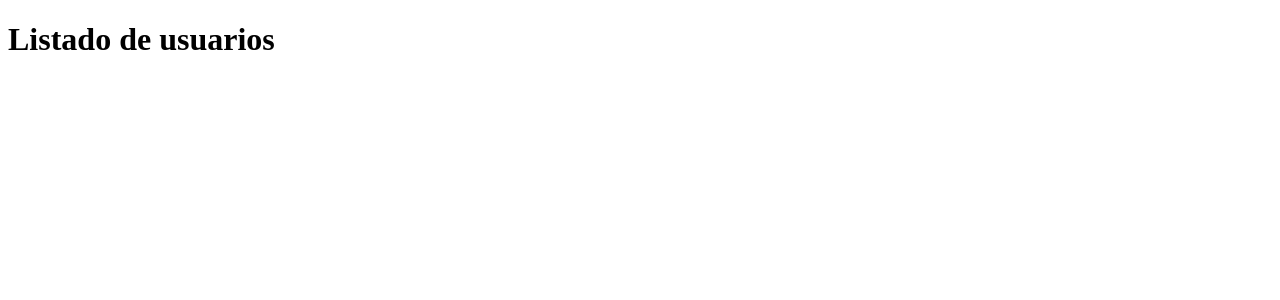
Repository: gitmadacode/practica_javascript
Page: Inicio/externo.html
These files come from the project's save history. The page is drawn as it stood at one moment and after a run of saves; the edit follows.
The browser window is 1280 px wide. The pictures show the whole page.
The page's requests for data from a server got no answer.

Above is the page before, as saved 2019-09-10 18:12:14.

After the next 2 saves:
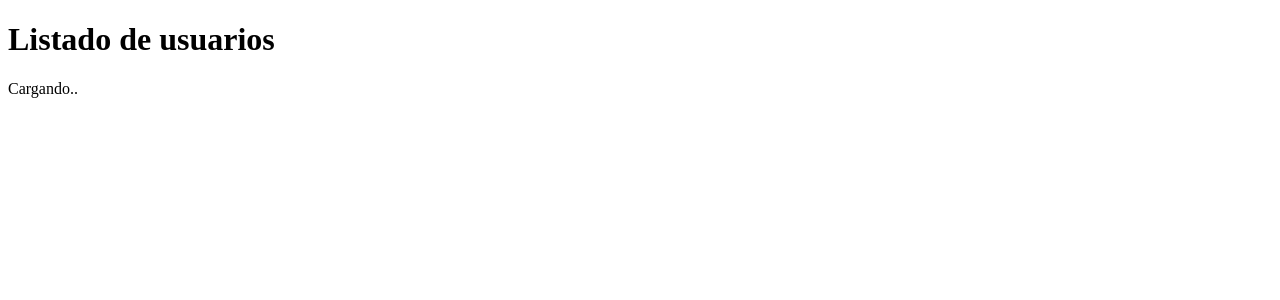
The 2 saves are shown as one change because they came seconds apart.
The last was saved 10 s later.
--- a/Inicio/externo.html
+++ b/Inicio/externo.html
@@ -7,7 +7,7 @@
     <title>Document</title>
     <h1>Listado de usuarios</h1>
     <div id="usuarios">
-        <span class="loading"
+        <span class="loading">Cargando..</span>
     </div>
 </head>
 <body>
